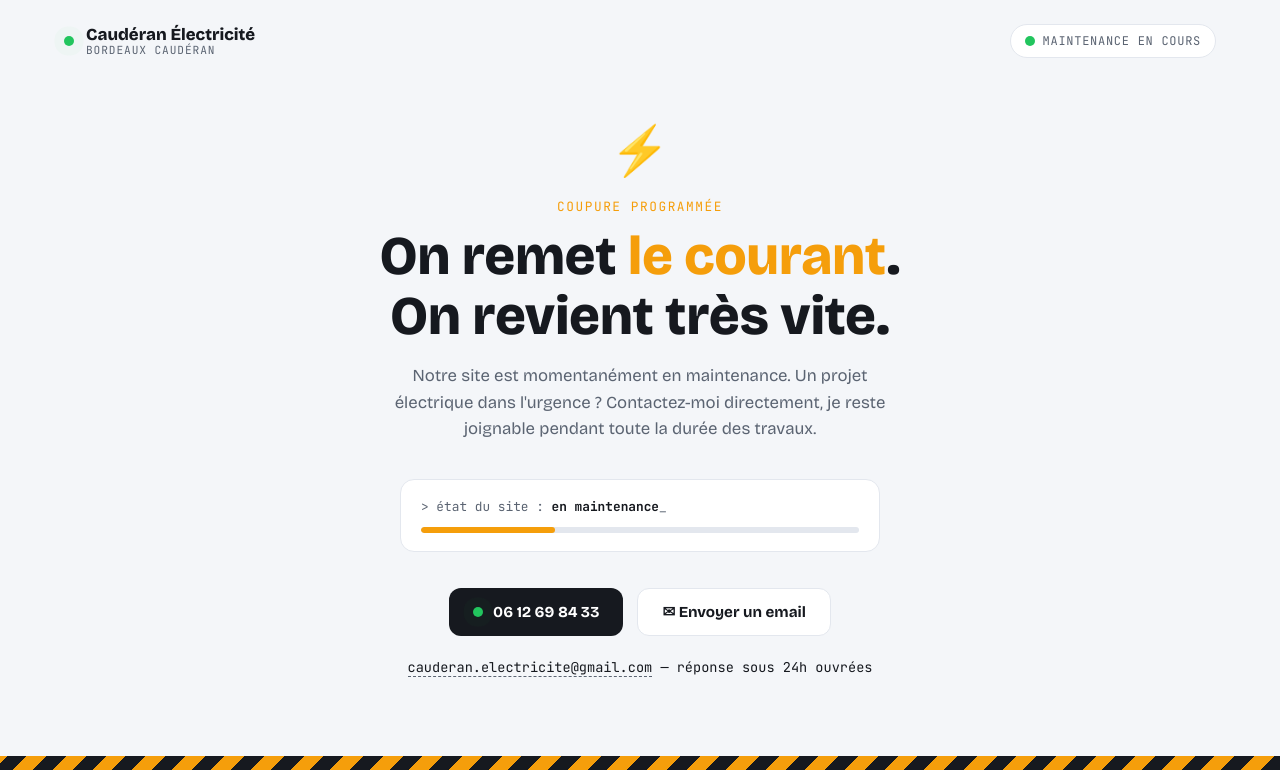
Repository: cauderanelectricite/cauderanelectricite.github.io
Page: maintenance.html
The author's editor kept a copy of each file at every save. The page is drawn from the files as they stood at one save, then again after the next save.
The browser window is 1280 px wide. The pictures show the whole page.

Above is the page before, as saved 2026-09-29 20:20:19.

### maintenance.html
<!DOCTYPE html>
<html lang="fr">
<head>
  <meta charset="UTF-8">
  <meta name="viewport" content="width=device-width, initial-scale=1.0">
  <title>Site en maintenance — Caudéran Électricité</title>
  <meta name="description" content="Le site de Caudéran Électricité est momentanément en maintenance. Contactez-nous directement par téléphone ou par email.">
  <meta name="robots" content="noindex, nofollow">
  <meta name="theme-color" content="#F4F6F9">
  <link rel="icon" type="image/png" href="logo.png">

  <link rel="preconnect" href="https://fonts.googleapis.com">
  <link rel="preconnect" href="https://fonts.gstatic.com" crossorigin>
  <link href="https://fonts.googleapis.com/css2?family=Bricolage+Grotesque:opsz,wght@12..96,400;12..96,600;12..96,700;12..96,800&family=JetBrains+Mono:wght@400;600;700&display=swap" rel="stylesheet">

  <style>
    :root {
      --bg: #F4F6F9;
      --txt: #16191F;
      --txt-2: #5B6472;
      --amber: #F59E0B;
      --card: #FFFFFF;
      --border: #E3E7EE;
      --led: #22C55E;
    }

    * { margin: 0; padding: 0; box-sizing: border-box; }

    body {
      font-family: 'Bricolage Grotesque', sans-serif;
      background: var(--bg);
      color: var(--txt);
      min-height: 100vh;
      display: flex;
      flex-direction: column;
    }

    /* ---------- Header ---------- */
    header {
      padding: 24px 5vw;
      display: flex;
      align-items: center;
      justify-content: space-between;
    }

    .brand {
      display: flex;
      align-items: center;
      gap: 12px;
      text-decoration: none;
      color: var(--txt);
    }

    .brand-name {
      font-weight: 800;
      font-size: 1.05rem;
      line-height: 1.1;
    }

    .brand-name small {
      display: block;
      font-family: 'JetBrains Mono', monospace;
      font-weight: 400;
      font-size: 0.7rem;
      color: var(--txt-2);
      text-transform: uppercase;
      letter-spacing: 0.08em;
    }

    .status {
      display: inline-flex;
      align-items: center;
      gap: 8px;
      font-family: 'JetBrains Mono', monospace;
      font-size: 0.75rem;
      text-transform: uppercase;
      letter-spacing: 0.06em;
      color: var(--txt-2);
      border: 1px solid var(--border);
      border-radius: 999px;
      padding: 8px 14px;
      background: var(--card);
    }

    /* ---------- LED ---------- */
    .led {
      width: 10px;
      height: 10px;
      border-radius: 50%;
      background: var(--led);
      display: inline-block;
      animation: pulse 2s infinite;
    }

    @keyframes pulse {
      0%   { box-shadow: 0 0 0 0 rgba(34, 197, 94, 0.5); }
      70%  { box-shadow: 0 0 0 10px rgba(34, 197, 94, 0); }
      100% { box-shadow: 0 0 0 0 rgba(34, 197, 94, 0); }
    }

    /* ---------- Main ---------- */
    main {
      flex: 1;
      display: flex;
      flex-direction: column;
      align-items: center;
      justify-content: center;
      text-align: center;
      padding: 40px 5vw 80px;
    }

    .bolt {
      font-size: 3rem;
      display: inline-block;
      animation: flicker 3.5s infinite;
    }

    @keyframes flicker {
      0%, 100% { opacity: 1; }
      92%      { opacity: 1; }
      93%      { opacity: 0.3; }
      94%      { opacity: 1; }
      96%      { opacity: 0.4; }
      97%      { opacity: 1; }
    }

    .kicker {
      font-family: 'JetBrains Mono', monospace;
      font-size: 0.8rem;
      text-transform: uppercase;
      letter-spacing: 0.12em;
      color: var(--amber);
      margin: 18px 0 12px;
    }

    h1 {
      font-size: clamp(2rem, 6vw, 3.4rem);
      font-weight: 800;
      line-height: 1.1;
      max-width: 720px;
    }

    h1 span { color: var(--amber); }

    .lead {
      margin-top: 16px;
      font-size: 1.05rem;
      color: var(--txt-2);
      max-width: 520px;
      line-height: 1.6;
    }

    /* ---------- Barre de progression ---------- */
    .terminal {
      margin-top: 36px;
      width: min(480px, 100%);
      background: var(--card);
      border: 1px solid var(--border);
      border-radius: 14px;
      padding: 18px 20px;
      text-align: left;
    }

    .terminal p {
      font-family: 'JetBrains Mono', monospace;
      font-size: 0.8rem;
      color: var(--txt-2);
      margin-bottom: 12px;
    }

    .terminal p b { color: var(--txt); }

    .bar {
      height: 6px;
      background: var(--border);
      border-radius: 3px;
      overflow: hidden;
    }

    .bar span {
      display: block;
      height: 100%;
      border-radius: 3px;
      background: var(--amber);
      animation: loading 2.8s ease-in-out infinite;
    }

    @keyframes loading {
      0%   { width: 8%; }
      50%  { width: 68%; }
      100% { width: 8%; }
    }

    /* ---------- Contact ---------- */
    .contact {
      margin-top: 36px;
      display: flex;
      gap: 14px;
      flex-wrap: wrap;
      justify-content: center;
    }

    .btn, .btn-ghost {
      display: inline-flex;
      align-items: center;
      gap: 10px;
      padding: 14px 24px;
      border-radius: 12px;
      font-weight: 700;
      font-size: 0.95rem;
      text-decoration: none;
      transition: transform 0.15s ease;
    }

    .btn:hover, .btn-ghost:hover { transform: translateY(-2px); }

    .btn {
      background: var(--txt);
      color: #fff;
    }

    .btn-ghost {
      background: var(--card);
      color: var(--txt);
      border: 1px solid var(--border);
    }

    .mail {
      margin-top: 22px;
      font-family: 'JetBrains Mono', monospace;
      font-size: 0.85rem;
    }

    .mail a {
      color: var(--txt);
      text-decoration: none;
      border-bottom: 1px dashed var(--txt-2);
    }

    /* ---------- Hazard ---------- */
    .hazard {
      height: 14px;
      background: repeating-linear-gradient(
        -45deg,
        #16191F 0 14px,
        var(--amber) 14px 28px
      );
    }

    @media (max-width: 560px) {
      .status { display: none; }
    }
  </style>
</head>
<body>

  <header>
    <a class="brand" href="/">
      <span class="led" aria-hidden="true"></span>
      <span class="brand-name">
        Caudéran Électricité
        <small>Bordeaux Caudéran</small>
      </span>
    </a>
    <span class="status"><span class="led"></span> Maintenance en cours</span>
  </header>

  <main>
    <span class="bolt" aria-hidden="true">⚡</span>

    <p class="kicker">Coupure programmée</p>

    <h1>On remet <span>le courant</span>.<br>On revient très vite.</h1>

    <p class="lead">
      Notre site est momentanément en maintenance.
      Un projet électrique dans l'urgence ? Contactez-moi directement,
      je reste joignable pendant toute la durée des travaux.
    </p>

    <div class="terminal" role="status">
      <p>&gt; état du site : <b>en maintenance</b>_</p>
      <div class="bar"><span></span></div>
    </div>

    <div class="contact">
      <a class="btn" href="tel:+33612698433">
        <span class="led" aria-hidden="true"></span> 06 12 69 84 33
      </a>
      <a class="btn-ghost" href="mailto:cauderan.electricite@gmail.com">
        ✉ Envoyer un email
      </a>
    </div>

    <p class="mail">
      <a href="mailto:cauderan.electricite@gmail.com">cauderan.electricite@gmail.com</a>
      — réponse sous 24h ouvrées
    </p>
  </main>

  <div class="hazard" aria-hidden="true"></div>

</body>
</html>

After the next save:
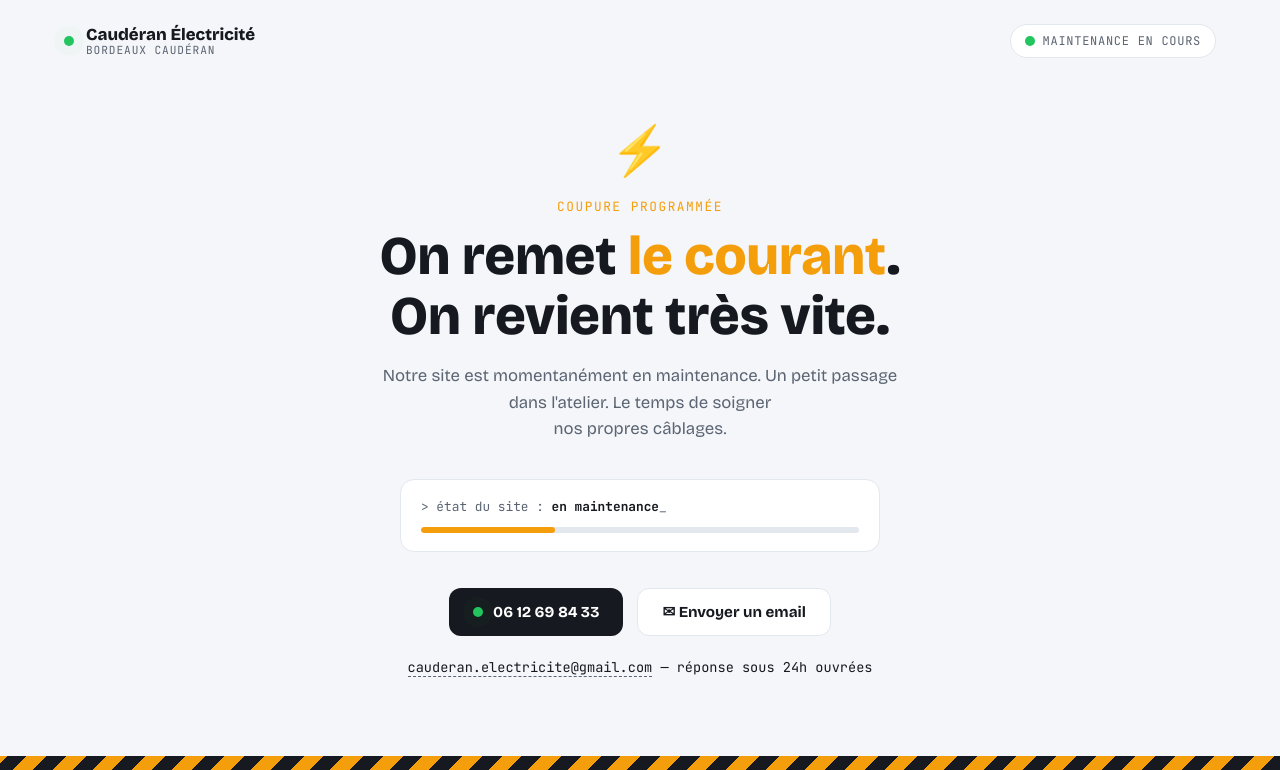
Saved 57 s later.
--- a/maintenance.html
+++ b/maintenance.html
@@ -274,8 +274,8 @@
 
     <p class="lead">
       Notre site est momentanément en maintenance.
-      Un projet électrique dans l'urgence ? Contactez-moi directement,
-      je reste joignable pendant toute la durée des travaux.
+      Un petit passage<br>dans <span>l'atelier</span>.
+ Le temps de soigner<br><span>nos propres câblages</span>.
     </p>
 
     <div class="terminal" role="status">
